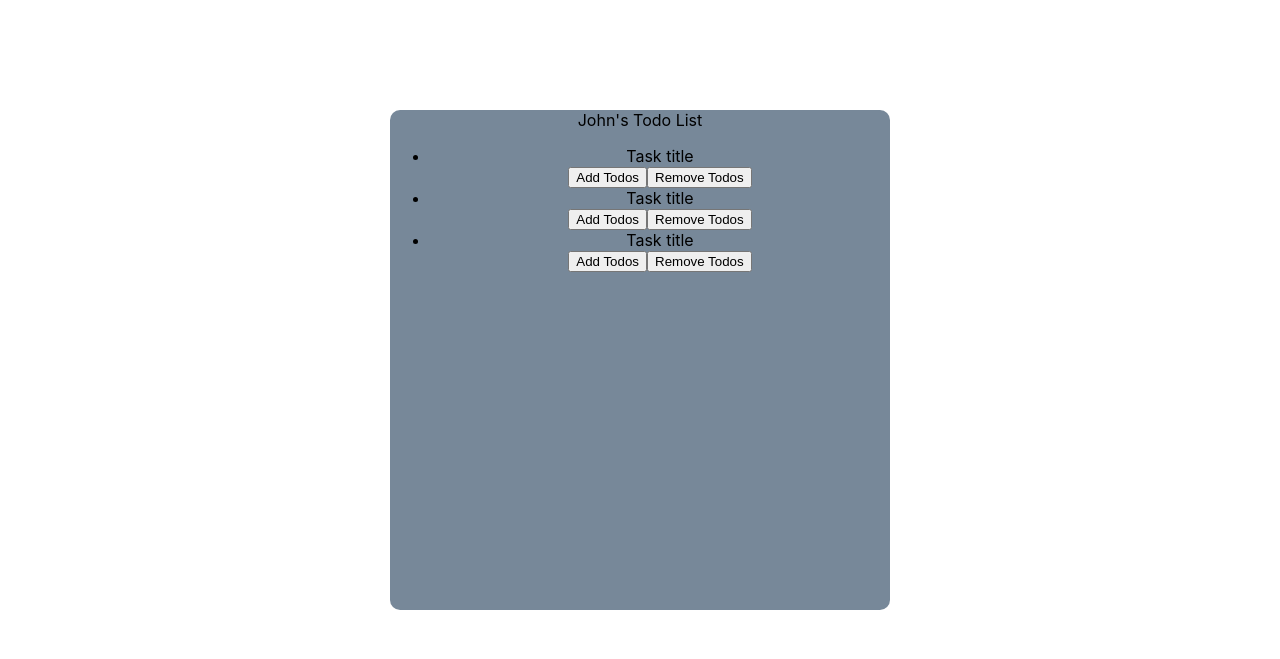
Repository: JohnKang0720/Simple-Todo-List
Page: /
These files come from the project's save history. The page is drawn as it stood at one moment and after a run of saves; the edit follows.
The browser window is 1280 px wide. The pictures show the whole page.
The project was rebuilt for these pictures with package versions that can differ from the ones it lists, and the page was loaded fresh each time.

Above is the page before, as saved 2021-05-24 21:17:12.

After the next 2 saves:
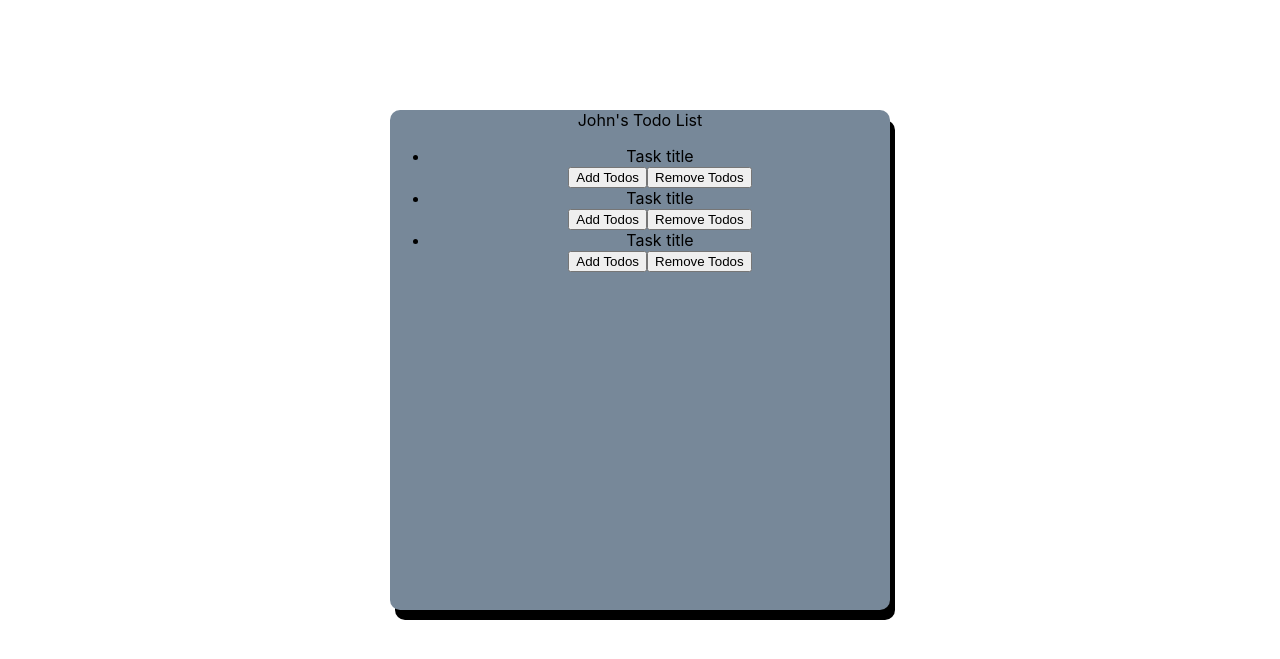
The 2 saves are shown as one change because they came seconds apart.
The last was saved 97 s later.
--- a/src/App.css
+++ b/src/App.css
@@ -40,7 +40,8 @@ body,html{
   height: 500px;
   position: relative;
   border-radius: 10px;
-  box-shadow:black;
+  box-shadow: 5px 10px;
+
 
 }
 
